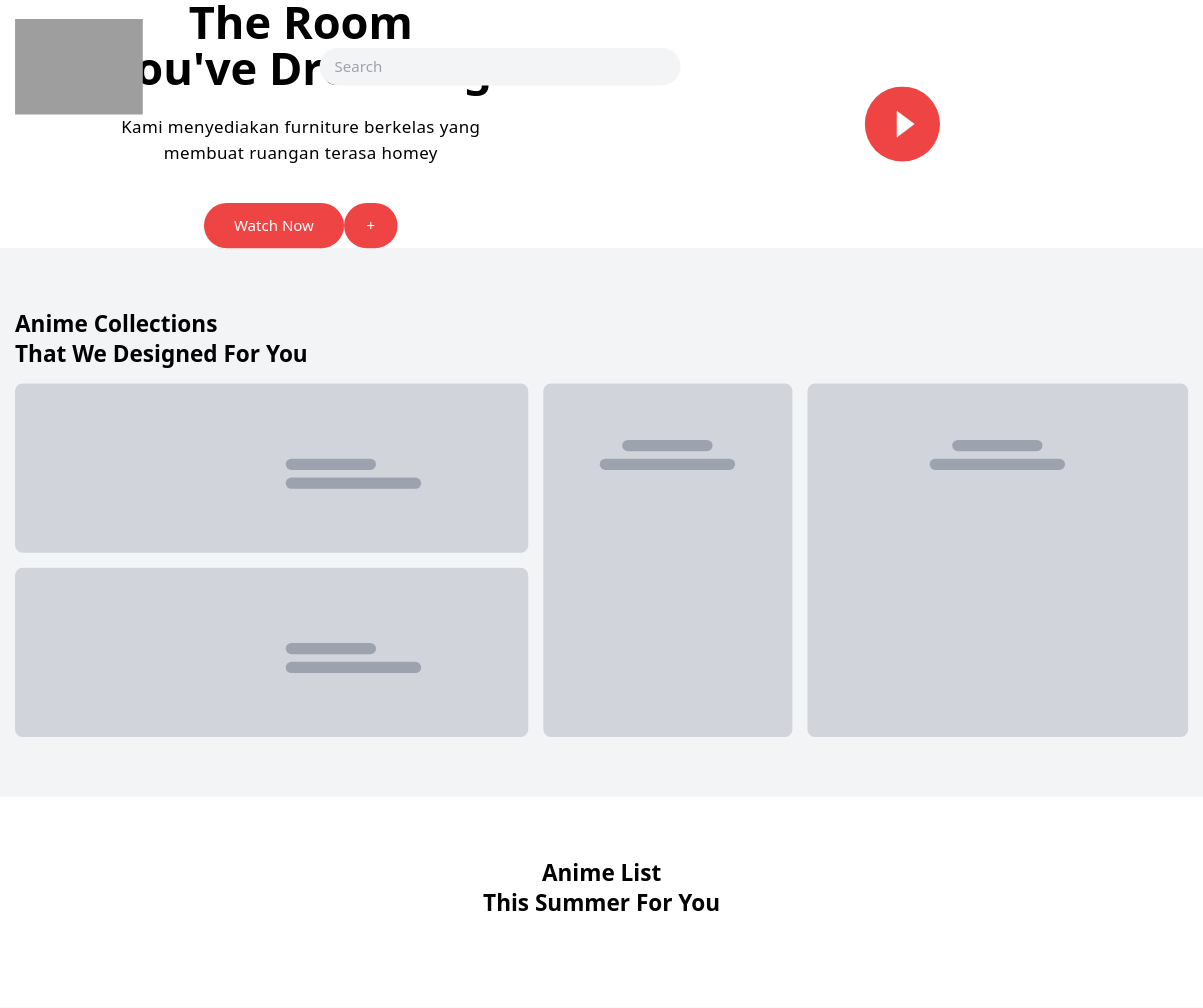
Repository: farrelmuhammad/anime-collections
Page: /
An editor plug-in stored every save of this project. The page is shown before and after the next save, followed by the edit.
The browser window is 1280 px wide. The pictures show the whole page, at 94% of full size.
Pictures or frames that could not be fetched are drawn as grey boxes. The page's requests for data from a server got no answer. The project was rebuilt for these pictures with package versions that can differ from the ones it lists, and the page was loaded fresh each time. No one was signed in, and anything a server would have sent is missing. Also part of the build but not shown: src/App.css.

Above is the page before, as saved 2023-08-04 00:42:26.

### src/index.tsx
import React from 'react';
import ReactDOM from 'react-dom/client';
import "./assets/css/app.css";
import App from './App';
import reportWebVitals from './reportWebVitals';
import { BrowserRouter } from 'react-router-dom';

const root = ReactDOM.createRoot(
  document.getElementById('root') as HTMLElement
);
root.render(
  <React.StrictMode>
    <BrowserRouter>
      <App />
    </BrowserRouter>
  </React.StrictMode>
);

// If you want to start measuring performance in your app, pass a function
// to log results (for example: reportWebVitals(console.log))
// or send to an analytics endpoint. Learn more: https://bit.ly/CRA-vitals
reportWebVitals();

### src/assets/css/app.css
@import url("https://fonts.googleapis.com/css2?family=Open+Sans:wght@300;400;600&display=swap");
@tailwind base;
@tailwind components;
@tailwind utilities;

/* body {
  background-color: #16181f;
} */

/* utils */

.grid {
  grid-auto-flow: row dense;
  grid-auto-rows: minmax(180px, auto);
}

.stretched-link {
  @apply absolute inset-0 z-10;
}

/* card */

.card .card-shadow {
  @apply transition duration-300 shadow-none h-full;
}

.card:hover .card-shadow {
  @apply shadow-lg;
}

/* overlay */

.overlay {
  @apply absolute;
}

.overlay * {
  @apply transition-all duration-200;
}

.overlay.hoverable > * {
  @apply opacity-0;
}

.overlay.hoverable:hover > * {
  @apply opacity-100;
}

.overlay .video {
  @apply absolute transform bg-red-500 bg-no-repeat bg-center w-20 h-20 rounded-full items-center justify-center flex -translate-x-1/2 -translate-y-1/2;
  content: '';
  top: 50%;
  left: 50%;
  transform: translate(-50%, -50%);
  background-image: url("data:[embedded picture, 193 characters]");
}


@media only screen and (max-width: 768px) {
  .hero .hero-image,
  .hero .hero-caption {
    min-height: 90vh;
  }
  .hero .hero-cta {
    @apply w-12 h-12;
    transform: translateX(-75px) translateY(-50%);
    background-size: 37.5%;
  }
}

/* breadcrumb */

ul.breadcrumb {
  @apply flex flex-row items-center text-lg;
}

ul.breadcrumb li:not(:last-child):after {
  content: "/";
  @apply px-4;
}

ul.breadcrumb li:not(:last-child) a {
  @apply font-light;
}

ul.breadcrumb li:last-child a {
  @apply font-semibold;
}

/* slider */

.slider {
  @apply flex my-4 flex-col;
}

.slider .thumbnail {
  @apply w-screen order-last -mx-2 overflow-auto flex pl-4;
}

.slider .thumbnail .item {
  @apply rounded relative rounded-lg mb-4 cursor-pointer;
  width: 106px;
  height: 106px;
}

.slider .thumbnail .item:after {
  content: "";
  @apply transition duration-200 absolute inset-0 bg-black bg-opacity-0 border-2 border-black border-opacity-0 rounded-lg;
}

.slider .thumbnail .item.selected:after {
  content: "";
  @apply bg-opacity-25 border-opacity-100;
}

.slider .preview {
  @apply mb-4 px-4;
  height: 320px;
}

@media only screen and (min-width: 768px) {
  .slider {
    @apply flex-row;
  }
  .slider .thumbnail {
    @apply w-auto order-first block overflow-visible pl-0;
  }
  .slider .preview {
    height: 600px;
    width: 560px;
  }
}

a.cart svg g circle.dot {
  @apply hidden;
}

a.cart.cart-filled svg g circle.dot {
  @apply block;
}

button[disabled] {
  @apply bg-gray-300 hover:bg-gray-300 text-gray-400 hover:text-gray-400 cursor-not-allowed;
}

section:not(.bg-gray-100) + section.sitemap > div {
  @apply border-t;
}

### src/App.tsx
import React from 'react';
import logo from './logo.svg';
import './App.css';
import { Routes, Route } from 'react-router-dom';
import Home from './pages/Home';

function App() {
  return (
    <>
      <Routes>
        <Route path="/" element={<Home />} />
      </Routes>
    </>
  );
}

export default App;

### src/pages/Home.tsx
import React from 'react'
import Header from '../parts/Header'
import Hero from '../parts/Home/Hero'
import Categories from '../parts/Home/Categories'
import AnimeList from '../parts/Home/AnimeList'

const Home = () => {
    return (
        <>
            <Header theme="white" position="absolute" />
            <Hero />
            <Categories />
            <AnimeList />
        </>
    )
}

export default Home

### src/parts/Home/Hero.tsx
import React, { useState, useEffect } from "react";
import axios from "axios";

const Hero: React.FC = () => {
    const [randomImage, setRandomImage] = useState<string | null>(null);

    useEffect(() => {
        fetchRandomAnimeImage();
    }, []);

    const fetchRandomAnimeImage = async () => {
        try {
            const response = await axios.get("https://picsum.photos/800/600");
            console.log(response.request.responseURL);
            setRandomImage(response.request.responseURL);
        } catch (error) {
            console.error("Error fetching random image:", error);
        }
    };

    return (
        <section className="flex items-center hero">
            <div className="w-full absolute z-20 inset-0 md:relative md:w-1/2 text-center flex flex-col justify-center hero-caption">
                <h1 className="text-3xl md:text-5xl leading-tight font-semibold">
                    The Room <br className="" />
                    You've Dreaming
                </h1>
                <h2 className="px-8 text-base md:px-0 md:text-lg my-6 tracking-wide">
                    Kami menyediakan furniture berkelas yang
                    <br className="hidden lg:block" />
                    membuat ruangan terasa homey
                </h2>
                <div className="justify-between">
                    <a
                        href="#browse-the-room"
                        className="bg-red-500 text-white hover:bg-black hover:text-red-400 rounded-full px-8 py-3 mt-4 inline-block flex-none transition duration-200"
                    >
                        Watch Now
                    </a>
                    <a
                        href="#browse-the-room"
                        className="bg-red-500 text-white hover:bg-black hover:text-red-400 rounded-full px-6 py-3 mt-4 inline-block flex-none transition duration-200"
                    >
                        +
                    </a>
                </div>
            </div>
            <div className="w-full inset-0 md:relative md:w-1/2">
                <div className="relative hero-image">
                    <div className="overlay inset-0 bg-black opacity-35 z-10"></div>
                    <div className="overlay right-0 bottom-0 md:inset-0">
                        <button
                            className="video hero-cta focus:outline-none z-30 modal-trigger"
                            data-content='<div class="w-screen pb-56 md:w-88 md:pb-56 relative z-50">
              <div class="absolute w-full h-full">
                <iframe
                  width="100%"
                  height="100%"
                  src="https://www.youtube.com/embed/3h0_v1cdUIA"
                  frameborder="0"
                  allow="accelerometer; autoplay; clipboard-write; encrypted-media; gyroscope; picture-in-picture"
                  allowfullscreen
                ></iframe>
              </div>
            </div>'
                        ></button>
                    </div>
                    {randomImage && ( // Add this condition to render the image only when randomImage is not null
                        <img
                            src={randomImage}
                            alt="hero 1"
                            className="absolute inset-0 md:relative w-full h-full object-cover object-center"
                        />
                    )}
                </div>
            </div>
        </section>
    );
};

export default Hero;

### src/parts/Home/Categories.tsx
import React, { useEffect } from "react";
// import useAsync from "../../helpers/hooks/useAsync";
import fetch from "../../helpers/fetch";

interface Category {
    id: number;
    title: string;
    imageUrl: string;
    products: number;
    ratio: {
        default: string;
        md: string;
    };
}

interface CategoriesProps { }

function Loading({ ratio }: { ratio: any }) {
    const dummy = [
        {
            id: 1,
            ratio: {
                default: "1/9",
                md: "1/4",
            },
        },
        {
            id: 2,
            ratio: {
                default: "1/9",
                md: "2/2",
            },
        },
        {
            id: 3,
            ratio: {
                default: "1/9",
                md: "2/3",
            },
        },
        {
            id: 4,
            ratio: {
                default: "1/9",
                md: "1/4",
            },
        },
    ];

    return (
        <>
            {dummy.map((item, index) => (
                <div
                    key={item.id}
                    className={`relative card ${ratio?.wrapper.default?.[item.ratio.default]
                        } ${ratio?.wrapper.md?.[item.ratio.md]}`}
                    style={{ height: index === 0 ? 180 : "auto" }}
                >
                    <div className="bg-gray-300 rounded-lg w-full h-full">
                        <div className={`overlay  ${ratio?.meta?.[item.ratio.md]}`}>
                            <div className="w-24 h-3 bg-gray-400 mt-3 rounded-full"></div>
                            <div className="w-36 h-3 bg-gray-400 mt-2 rounded-full"></div>
                        </div>
                    </div>
                </div>
            ))}
        </>
    );
}

const Categories: React.FC<CategoriesProps> = () => {
    // const { data, status, error, run, isLoading } = useAsync<{ data: Category[] }>();

    // useEffect(() => {
    //     run(
    //         fetch({
    //             url: "/api/categories/?page=1&limit=4",
    //         })
    //     );
    // }, [run]);

    const ratioClassNames = {
        wrapper: {
            default: {
                "1/9": "col-span-9 row-span-1",
            },
            md: {
                "1/4": "md:col-span-4 md:row-span-1",
                "2/2": "md:col-span-2 md:row-span-2",
                "2/3": "md:col-span-3 md:row-span-2",
            },
        },
        meta: {
            "1/9":
                "left-0 top-0 bottom-0 flex justify-center flex-col pl-48 md:pl-72",
            "1/4":
                "left-0 top-0 bottom-0 flex justify-center flex-col pl-48 md:pl-72",
            "2/2":
                "inset-0 md:bottom-auto flex justify-center md:items-center flex-col pl-48 md:pl-0 pt-0 md:pt-12",
            "2/3":
                "inset-0 md:bottom-auto flex justify-center md:items-center flex-col pl-48 md:pl-0 pt-0 md:pt-12",
        },
    };

    return (
        <section className="flex bg-gray-100 py-16 px-4" id="browse-the-room">
            <div className="container mx-auto">
                <div className="flex flex-start mb-4">
                    <h3 className="text-2xl capitalize font-semibold">
                        Anime Collections <br className="" />
                        that we designed for you
                    </h3>
                </div>
                <div className="grid grid-rows-2 grid-cols-9 gap-4">
                    {/* {isLoading ? (
                    <Loading ratio={ratioClassNames} />
                ) : (
                    data?.data.map((item, index) => {
                        return (
                            <div
                                key={item.id}
                                className={`relative card ${ratioClassNames?.wrapper.default?.[item.ratio.default]
                                    } ${ratioClassNames?.wrapper.md?.[item.ratio.md]}`}
                                style={{ height: index === 0 ? 180 : "auto" }}
                            >
                                <div className="card-shadow rounded-xl">
                                    <img
                                        src={`../../assets/images/content/${item.imageUrl}`}
                                        alt={item.title}
                                        className="w-full h-full object-cover object-center overlay overflow-hidden rounded-xl"
                                    />
                                </div>
                                <div
                                    className={`overlay  ${ratioClassNames?.meta?.[item.ratio.md]
                                        }`}
                                >
                                    <h5 className="text-lg font-semibold">{item.title}</h5>
                                    <span className="">
                                        {item.products} item{item.products > 1 ? "s" : ""}
                                    </span>
                                </div>
                            </div>
                        );
                    })
                )} */}
                    <Loading ratio={ratioClassNames} />
                </div>
            </div>
        </section>
    );
};

export default Categories;

Loaded but not shown: public/index.html (common file); src/reportWebVitals.ts (common file); tailwind.config.js (common file); src/parts/Header.tsx (132 lines, source omitted); src/parts/Home/AnimeList.tsx (136 lines, source omitted)

After the next save:
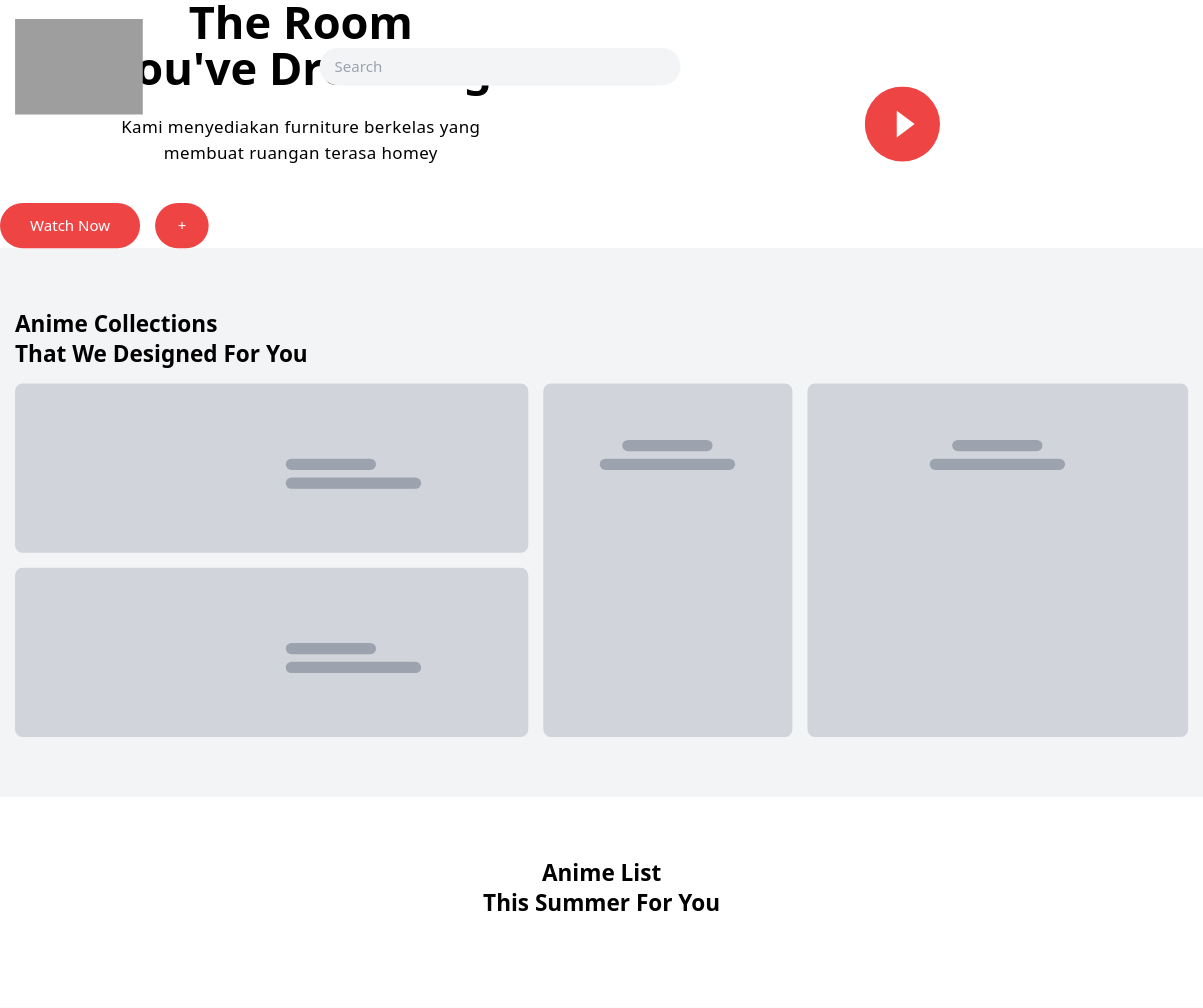
Saved 36 s later.
--- a/src/parts/Home/Hero.tsx
+++ b/src/parts/Home/Hero.tsx
@@ -30,16 +30,16 @@
                     <br className="hidden lg:block" />
                     membuat ruangan terasa homey
                 </h2>
-                <div className="justify-between">
+                <div className="flex justify-center md:justify-start mt-4"> {/* Use flex to align items */}
                     <a
                         href="#browse-the-room"
-                        className="bg-red-500 text-white hover:bg-black hover:text-red-400 rounded-full px-8 py-3 mt-4 inline-block flex-none transition duration-200"
+                        className="bg-red-500 text-white hover:bg-black hover:text-red-400 rounded-full px-8 py-3 mr-4 inline-block flex-none transition duration-200"
                     >
                         Watch Now
                     </a>
                     <a
                         href="#browse-the-room"
-                        className="bg-red-500 text-white hover:bg-black hover:text-red-400 rounded-full px-6 py-3 mt-4 inline-block flex-none transition duration-200"
+                        className="bg-red-500 text-white hover:bg-black hover:text-red-400 rounded-full px-6 py-3 inline-block flex-none transition duration-200"
                     >
                         +
                     </a>

After the save that followed:
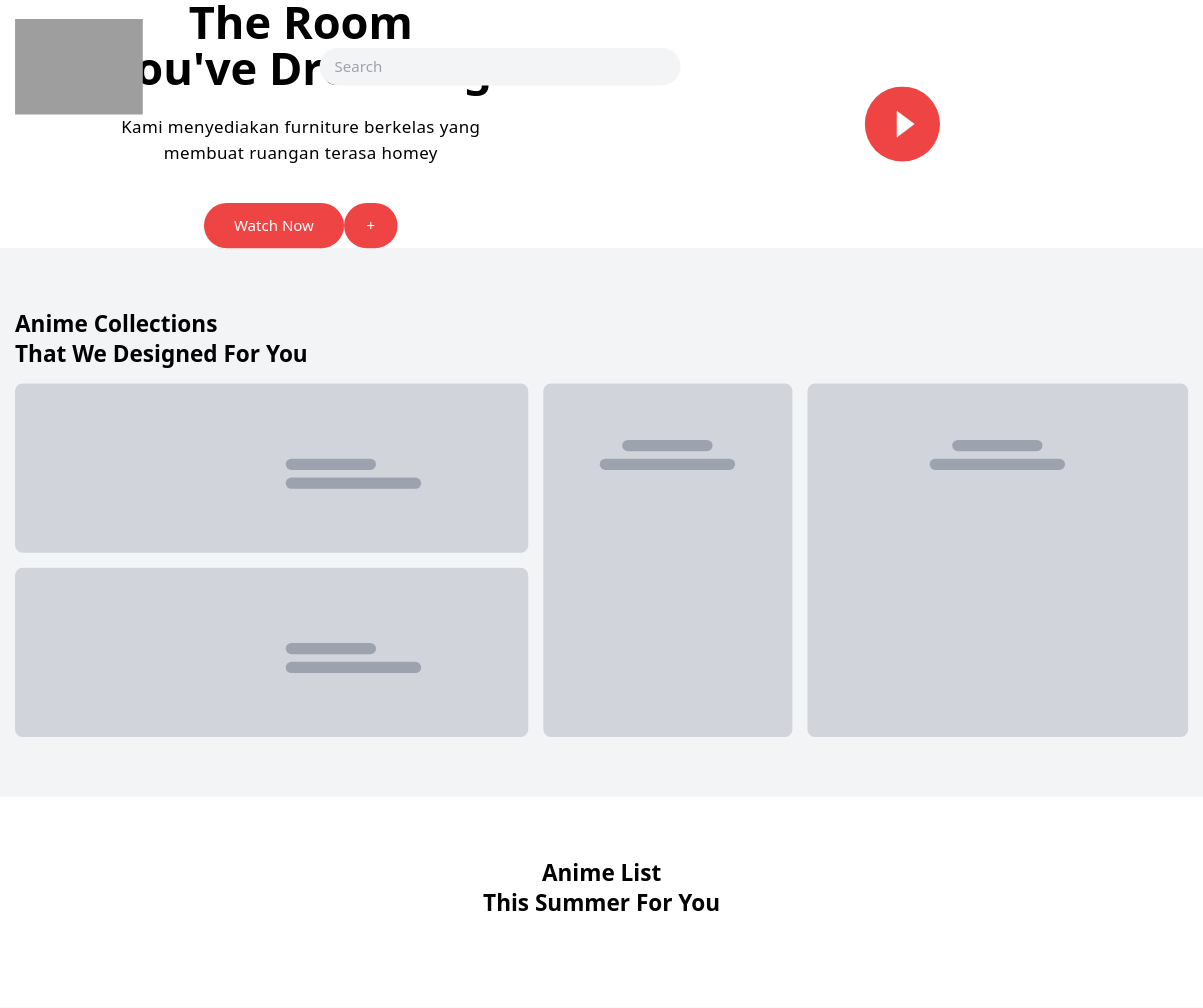
Saved 6 s later.
--- a/src/parts/Home/Hero.tsx
+++ b/src/parts/Home/Hero.tsx
@@ -30,16 +30,16 @@
                     <br className="hidden lg:block" />
                     membuat ruangan terasa homey
                 </h2>
-                <div className="flex justify-center md:justify-start mt-4"> {/* Use flex to align items */}
+                <div>
                     <a
                         href="#browse-the-room"
-                        className="bg-red-500 text-white hover:bg-black hover:text-red-400 rounded-full px-8 py-3 mr-4 inline-block flex-none transition duration-200"
+                        className="bg-red-500 text-white hover:bg-black hover:text-red-400 rounded-full px-8 py-3 mt-4 inline-block flex-none transition duration-200"
                     >
                         Watch Now
                     </a>
                     <a
                         href="#browse-the-room"
-                        className="bg-red-500 text-white hover:bg-black hover:text-red-400 rounded-full px-6 py-3 inline-block flex-none transition duration-200"
+                        className="bg-red-500 text-white hover:bg-black hover:text-red-400 rounded-full px-6 py-3 mt-4 inline-block flex-none transition duration-200"
                     >
                         +
                     </a>
